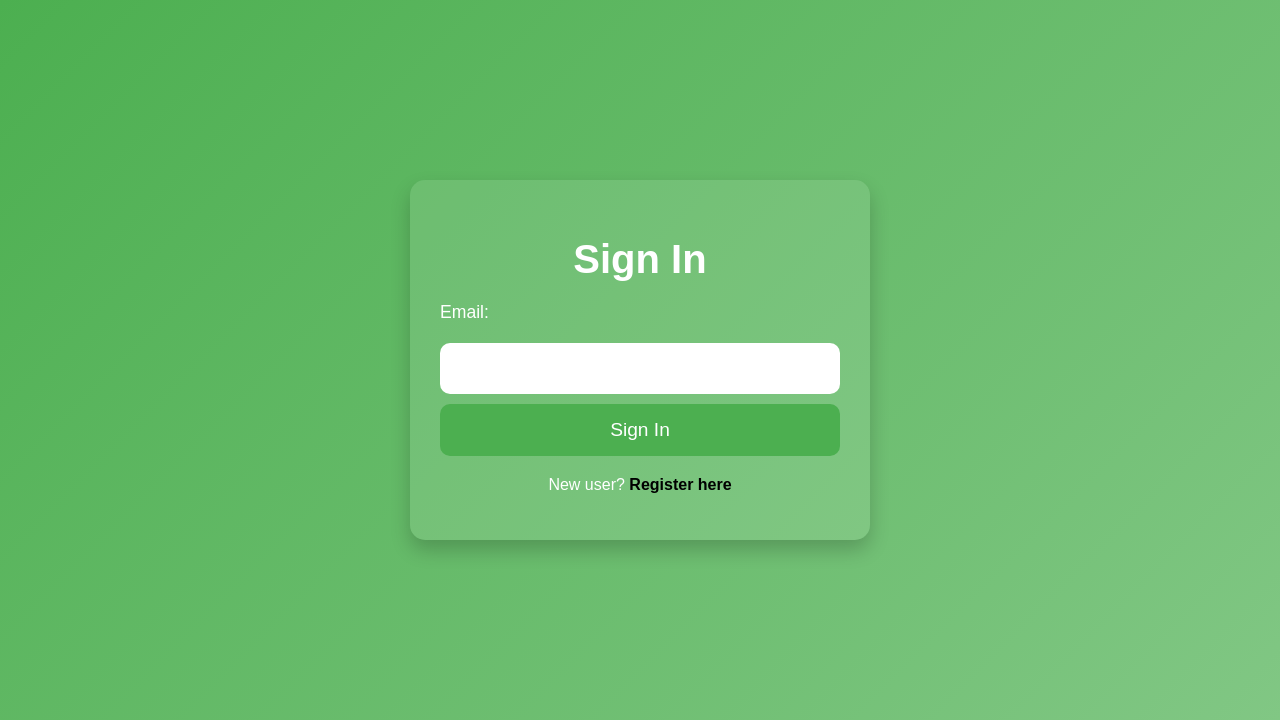
Repository: harutoNaiz/urban-mobility-system
Page: http://localhost/sign_in
These files come from the project's save history. The page is drawn as it stood at one moment and after a run of saves; the edit follows.
The browser window is 1280 px wide. The pictures show the whole page.
The page is served by the project's application, run on Flask 3 (app.py).

Above is the page before, as saved 2024-11-13 09:16:18.

After the next 2 saves:
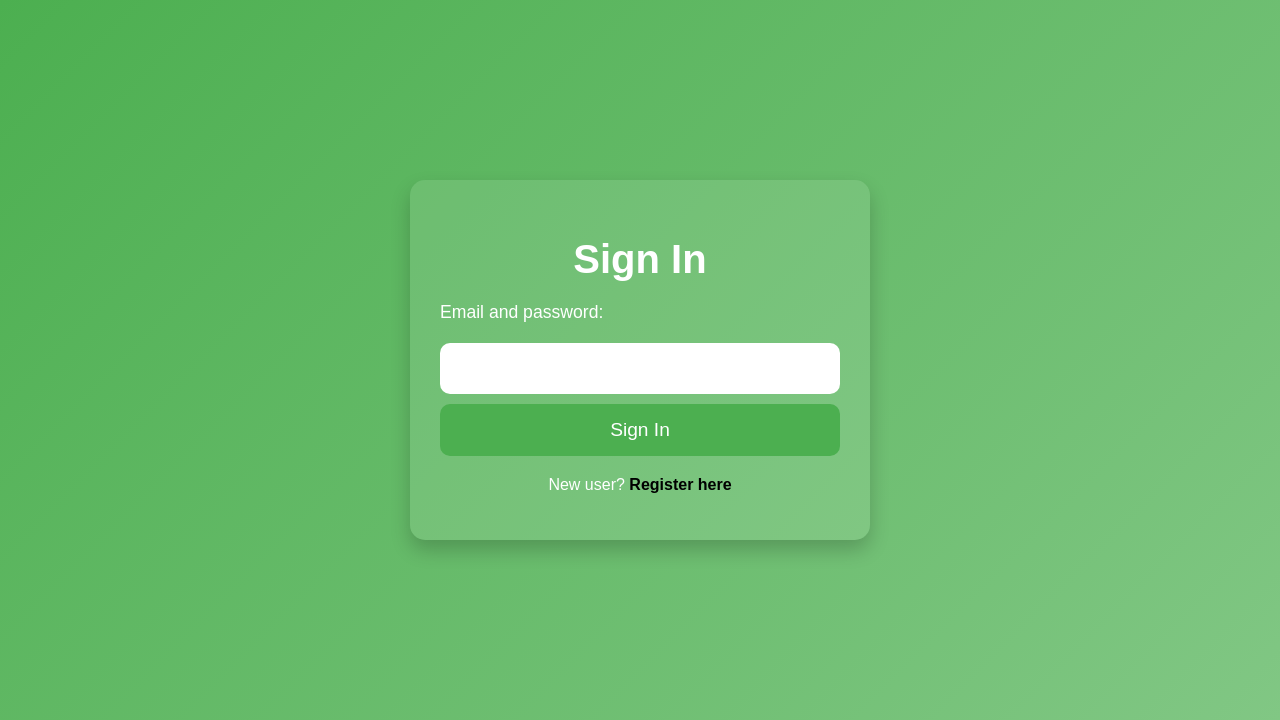
The 2 saves are shown as one change because they came seconds apart.
The last was saved 8 min 0 s later.
--- a/templates/sign_in.html
+++ b/templates/sign_in.html
@@ -89,7 +89,7 @@
     <div class="container">
         <h1>Sign In</h1>
         <form method="POST">
-            <label for="email">Email:</label>
+            <label for="email">Email and password:</label>
             <input type="email" id="email" name="email" required>
             <button type="submit">Sign In</button>
         </form>
